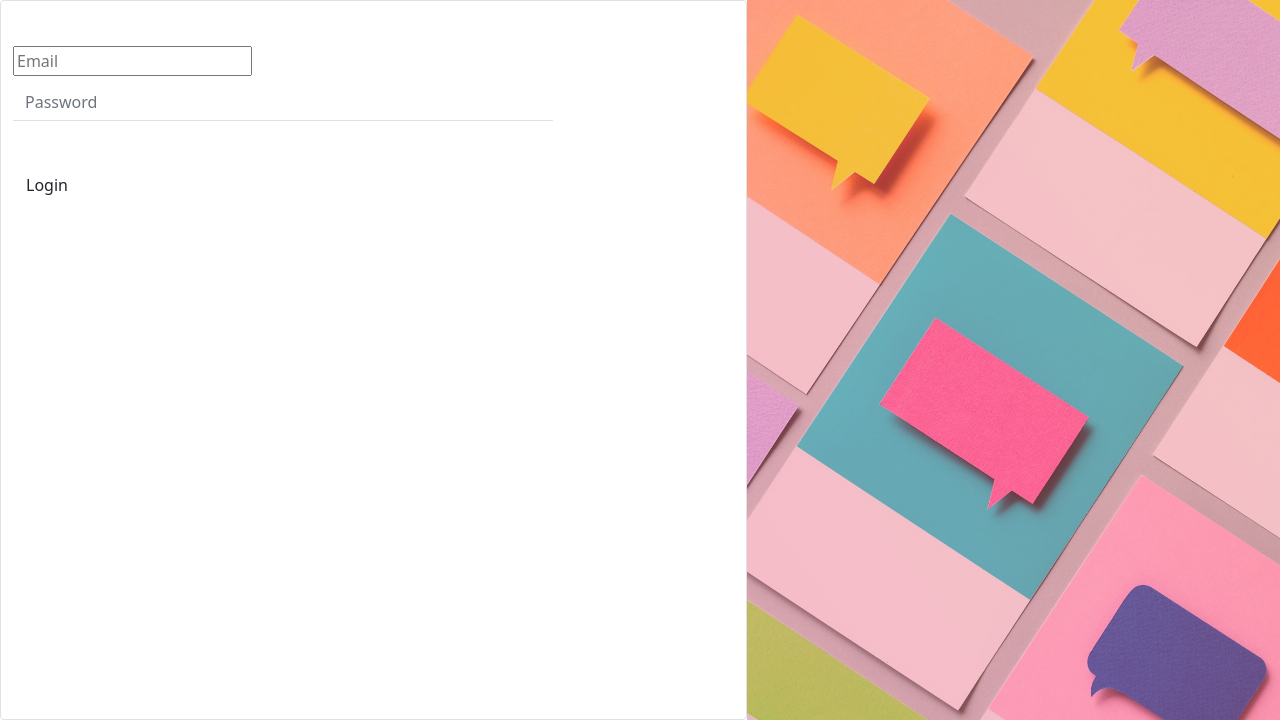
Repository: SaudCh/React-login
Page: /login
An editor plug-in stored every save of this project. The page is shown before and after the next save, followed by the edit.
The browser window is 1280 px wide. The pictures show the whole page.
The project was rebuilt for these pictures with package versions that can differ from the ones it lists, and the page was loaded fresh each time. Also part of the build but not shown: src/Components/Register/RegsiterCss.js, src/Components/Register/RegisterValidation.js, src/Components/Register/Register.jsx, src/Components/Home/Home.jsx.

Above is the page before, as saved 2022-02-06 12:16:07.

### src/App.js
import Login from './Components/Login/Login';
import Register from './Components/Register/Register'
import '../node_modules/bootstrap/dist/css/bootstrap.min.css'
import { Routes, Route } from 'react-router-dom'
import Home from './Components/Home/Home';

function App() {
  return (
    <Routes>
      <Route path="login" element={<Login />} />
      <Route path="register" element={<Register />} />
      <Route path="/" element={<Home />} />
      <Route path="*" element={<Register />} />
    </Routes >
  );
}

export default App;

### src/Components/Login/Login.jsx
import React, { useState } from "react";
import "./Login.css";
import { formStyle } from "./logincss";
import axios from "axios";
import { loginValidation } from "./loginValidation";

export default function Login() {
  const [email, setEmail] = useState();
  const [password, setPassword] = useState();
  const [error, setError] = useState("");

  const formSubmit = (e) => {
    setError("");
    e.preventDefault();
    const data = {
      email: email,
      password: password,
    };

    const errors = loginValidation(data);

    if (Object.keys(errors).length !== 0) {
      setError(errors);
      return;
    }

    axios
      .post("http://localhost:5000/api/user/login", data)
      .then(function (response) {
        console.log(response);
      })
      .catch(function (error) {
        let err;
        if (error.response) {
          err = error.response.data.message;
        } else if (error.request) {
          err = error.toJSON().message;
        } else {
          err = error.message;
        }
        setError({ api: err });
      });
  };

  return (
    <div>
      <div className="container-fluid">
        <div className="row">
          <div className="col-10 col-md-7 border rounded">
            <form onSubmit={formSubmit} className="col-9">
              {error.api && <p className="text-danger p-0 m-0">{error.api}</p>}
              <div className="my-2">
                <h4 className="text-white">Login </h4>
              </div>
              <div className="form-group my-2">
                <input
                  value={email}
                  onChange={(email) => setEmail(email.target.value)}
                  type="email"
                  class="login-input-field"
                  id="email"
                  placeholder="Email"
                />
                {error.email && (
                  <p className="text-danger p-0 m-0">{error.email}</p>
                )}
              </div>
              <div className="form-group my-2">
                <input
                  style={formStyle}
                  value={password}
                  onChange={(password) => setPassword(password.target.value)}
                  type="password"
                  class="form-control border-bottom"
                  id="password"
                  placeholder="Password"
                />
                {error.password && (
                  <p className="text-danger p-0 m-0">{error.password}</p>
                )}
              </div>
              <div className="my-2">
                <div>
                  <p className="text-white" style={{ fontSize: "0.9rem" }}>
                    New to Website <span>Register</span>
                  </p>
                </div>
                <button className="btn" style={{ backgroundColor: "white" }}>
                  Login
                </button>
              </div>
            </form>
          </div>
          <div className="col-md-5 login-background-image "></div>
        </div>
      </div>
    </div>
  );
}

### src/Components/Login/Login.css
:root {
  --primary: rgba(254, 113, 145, 0.4);
  --secondary: rgba(255, 133, 133, 0.4);
}
.login-background-image {
  height: 100vh;
  width: 100vw;

  background: linear-gradient(to top right, var(--primary), var(--secondary)),
    url("../Images/back.jpg") no-repeat center center / cover;
}
.login-input-field {

}

input:hover,
input:active,
input:focus,
input:-webkit-autofill {
  outline: 0px !important;
  -webkit-appearance: none;
  box-shadow: none !important;
}
input:-webkit-autofill,
input:-webkit-autofill:focus {
  transition: background-color 600000s 0s, color 600000s 0s;
}

### src/Components/Login/logincss.js
export const formStyle = {
    backgroundColor: "transparent",
    color: "white",
    border: "none",
    borderRadius: 0,
};

### src/Components/Login/loginValidation.js
export const loginValidation = (data) => {
    let errors = {};

    if (!data.email) {
        errors.email = "Email Is Required."
    }
    else if (!/\S+@\S+\.\S+/.test(data.email)) {
        errors.email = "Invalid Email"
    }
    if (!data.password) {
        errors.password = "Password is required."
    }
    else if (data.password.length < 6) {
        errors.password = "Password Must be more than Six Characters"
    }
    return errors;

}

### src/Components/Register/Register.css
.background-image {
  background-image: linear-gradient(rgba(0, 0, 0, 0.2), rgba(0, 0, 0, 0.2)),
    url("../Images/back.jpg");
  background-position: center;
  background-repeat: no-repeat;
  background-size: cover;

  height: 100vh;
  justify-content: center;
  align-items: center;

  position: relative;
  z-index: 1;
}
.background-image::before {
  content: "";
  position: absolute;
  background: inherit;
  top: 0;
  bottom: 0;
  left: 0;
  right: 0;
  filter: blur(1px);
  z-index: -1;
}

.background-text {
  padding: 20px 0px;
  display: flex;
  justify-content: center;
  align-items: center;

  box-shadow: 0 0 1rem 0 rgba(0, 0, 0, 0.2);
  position: relative;
  background: inherit;
  z-index: 1;
}
.background-text::before {
  content: "";
  position: absolute;
  background: inherit;
  top: 0;
  bottom: 0;
  left: 0;
  right: 0;
  box-shadow: inset 0 0 2000px rgba(255, 255, 255, 0.3);
  /* filter: blur(1px); */
  z-index: -1;
}

input:hover,
input:active,
input:focus,
input:-webkit-autofill {
  outline: 0px !important;
  -webkit-appearance: none;
  box-shadow: none !important;
}
input:-webkit-autofill,
input:-webkit-autofill:focus {
  transition: background-color 600000s 0s, color 600000s 0s;
}

Loaded but not shown: public/index.html (common file); src/index.js (common file); src/index.css (common file); src/reportWebVitals.js (common file)

After the next save:
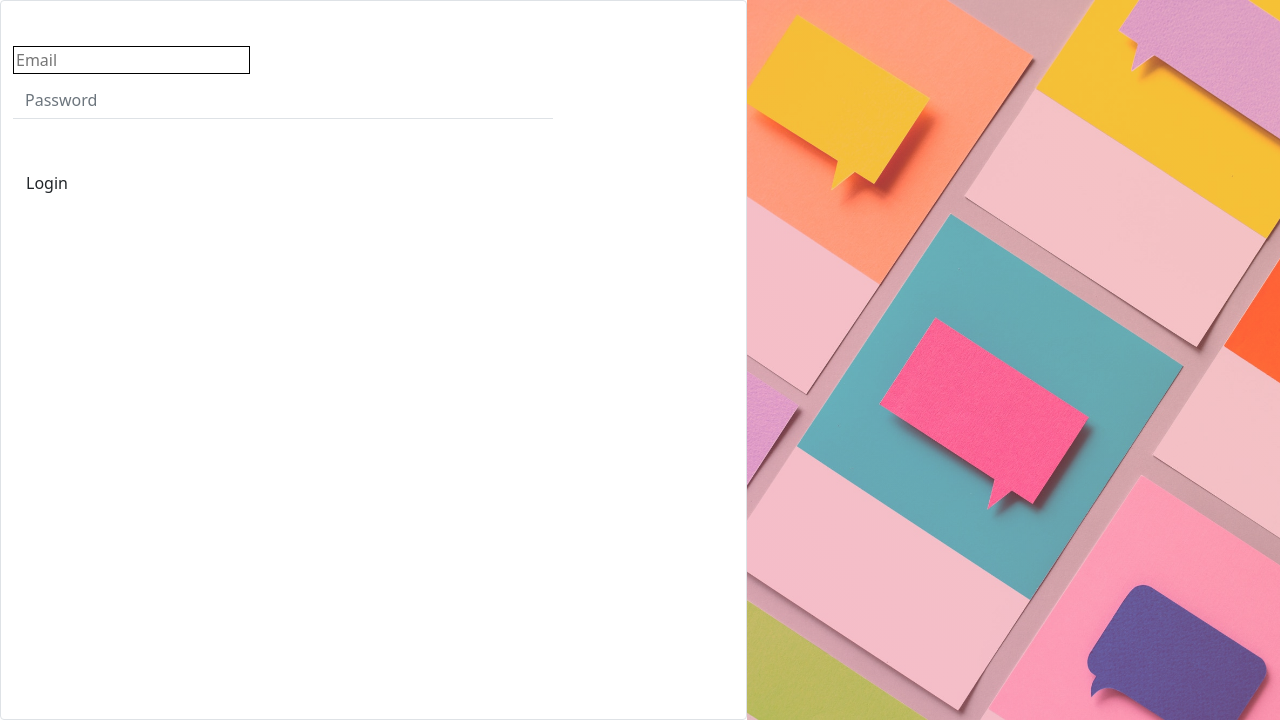
Saved 25 s later.
--- a/src/Components/Login/Login.css
+++ b/src/Components/Login/Login.css
@@ -10,7 +10,7 @@
     url("../Images/back.jpg") no-repeat center center / cover;
 }
 .login-input-field {
-
+  border:1px solid black
 }
 
 input:hover,
